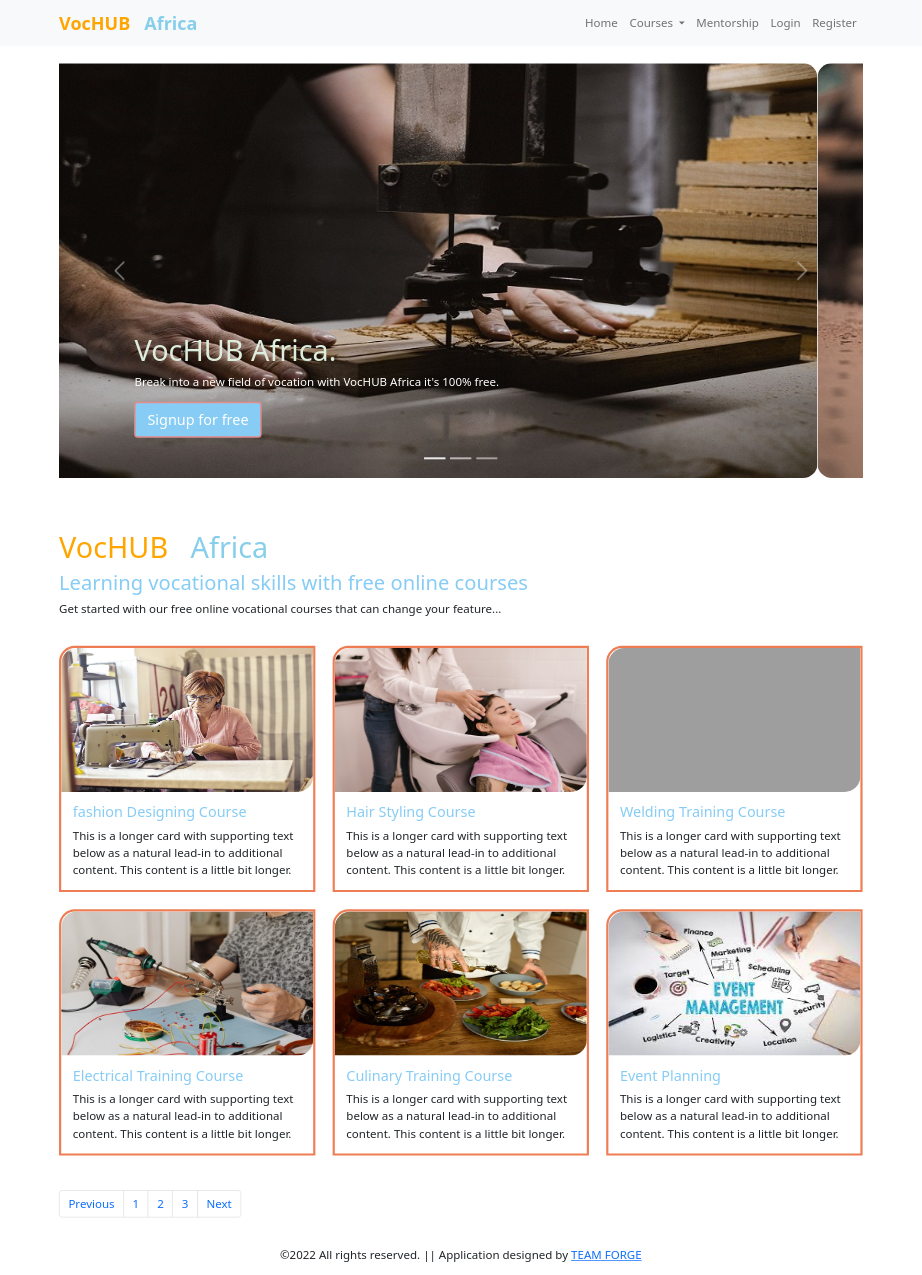
Repository: EKem01/VocHUB-Africa-Project
Page: / (app in client/)
These files come from the project's save history. The page is drawn as it stood at one moment and after a run of saves; the edit follows.
The browser window is 1280 px wide. The pictures show the whole page, at 72% of full size.
Pictures or frames that could not be fetched are drawn as grey boxes. The project was rebuilt for these pictures with package versions that can differ from the ones it lists, and the page was loaded fresh each time. Also part of the build but not shown: client/angular.json, client/src/app/components/login/login.component.ts, client/src/app/components/register/register.component.ts, client/src/app/components/courses/fashion-designing/fashion-designing.component.ts, client/src/app/components/courses/hair-styling/hair-styling.component.ts, client/src/app/components/dashboard/dashboard.component.ts, client/src/app/components/logout/logout.component.ts, client/src/app/components/mentorship/mentorship.component.ts.

Above is the page before, as saved 2022-06-13 23:53:42.

After the next 2 saves:
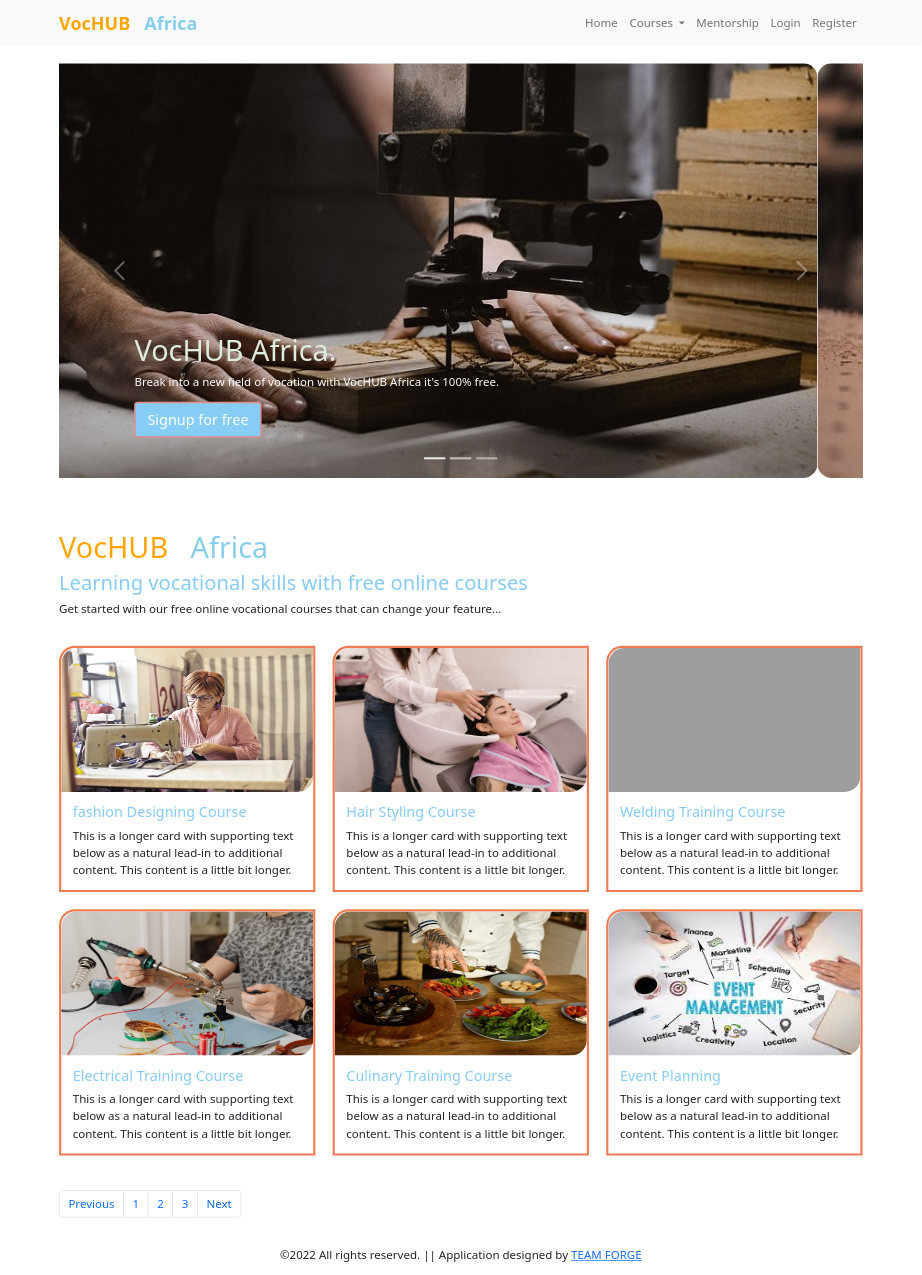
The 2 saves are shown as one change because they came seconds apart.
The last was saved 59 s later.
--- a/client/src/app/components/home/home.component.css
+++ b/client/src/app/components/home/home.component.css
@@ -1,36 +1,36 @@
-img{
-    width: 100%;
-    height: 80vh;
+img {
+  width: 100%;
+  height: 80vh;
 }
-.carousel-item img{
-    border-radius: 20px;
-    width: fit-content;
-
+.carousel-item img {
+  border-radius: 20px;
+  width: fit-content;
+  object-fit: cover;
 }
 
-.carousel-item h1{
-    color: #ddeddd;
+.carousel-item h1 {
+  color: #ddeddd;
 }
 
-.course-btn{
-    background-color: rgb(134, 204, 245);
-    border: 2px solid rgb(226, 140, 140);
+.course-btn {
+  background-color: rgb(134, 204, 245);
+  border: 2px solid rgb(226, 140, 140);
 }
-.courses h1{
-    color: rgb(238, 125, 84);
+.courses h1 {
+  color: rgb(238, 125, 84);
 }
-.courses h3{
-    color:  rgb(134, 204, 245);
+.courses h3 {
+  color: rgb(134, 204, 245);
 }
-.card{
-    border-radius: 22px 0px 0 0;
-    border: 3px solid rgb(238, 125, 84);
+.card {
+  border-radius: 22px 0px 0 0;
+  border: 3px solid rgb(238, 125, 84);
 }
-.card img{
-    height: 200px;
-    border-radius: 22px 0px;
+.card img {
+  height: 200px;
+  border-radius: 22px 0px;
 }
-.course a{
-    text-decoration: none;
-    color: rgb(134, 204, 245);
+.course a {
+  text-decoration: none;
+  color: rgb(134, 204, 245);
 }
